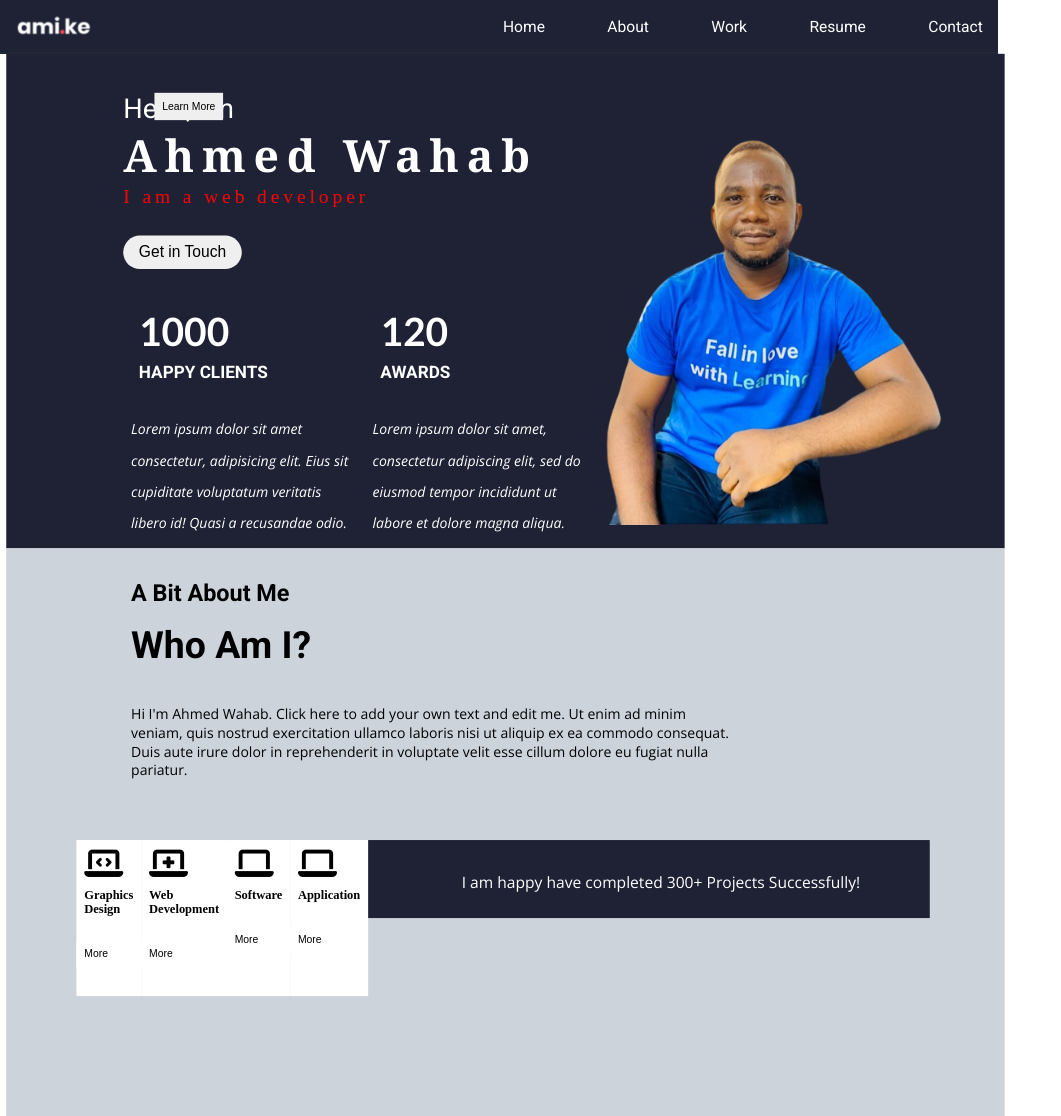
Repository: imokha01/HTML
Page: index.html
An editor plug-in stored every save of this project. The page is shown before and after the next save, followed by the edit.
The browser window is 1280 px wide. The page is 1360 px wide, so the pictures cover 1360 px, including what lies to the right of the window. The pictures show the whole page, at 78% of full size.

Above is the page before, as saved 2023-11-28 00:30:22.

After the next save:
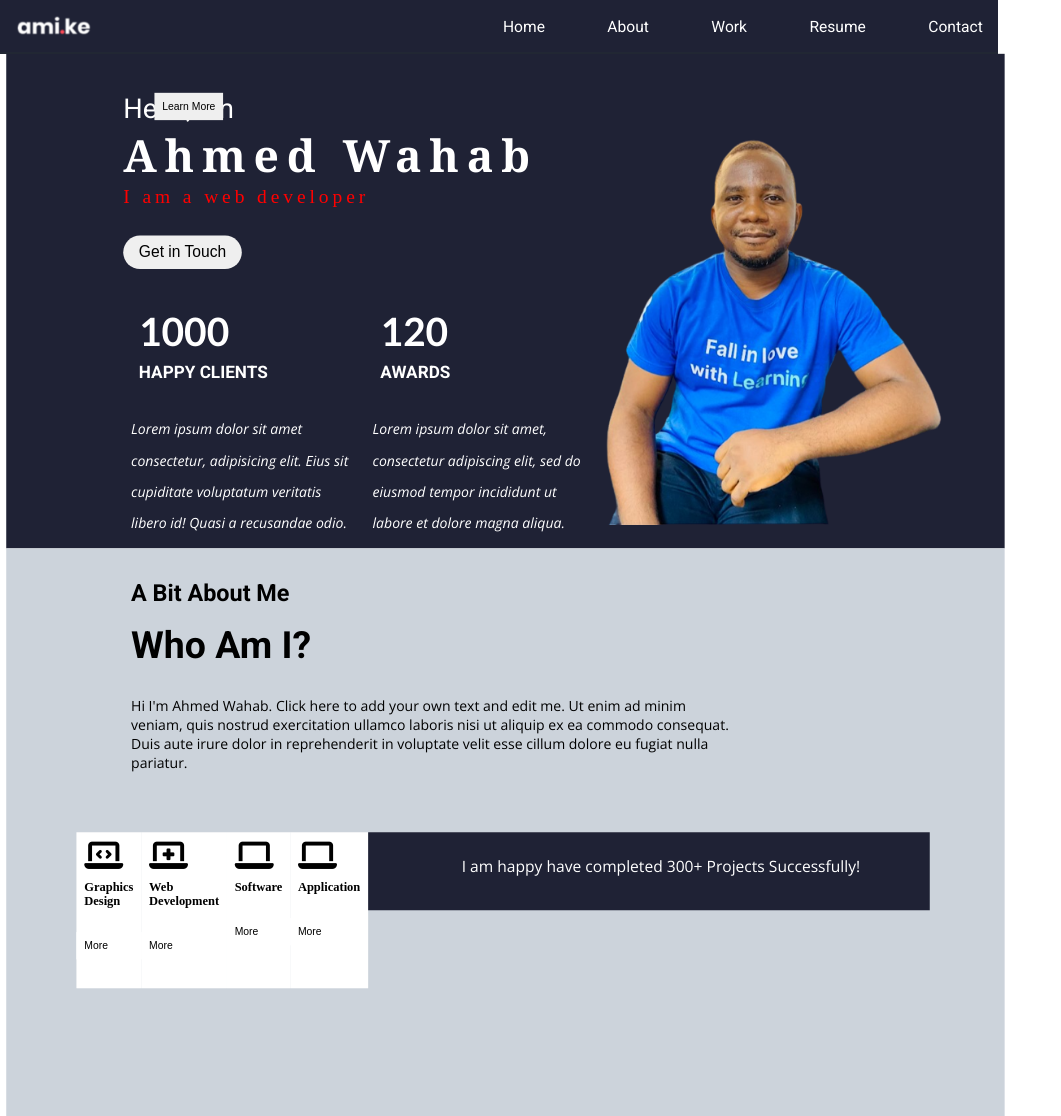
Saved 6 s later.
--- a/index.css
+++ b/index.css
@@ -230,7 +230,7 @@ padding: 40px;
 .about_page p {
   font-size: 18px;
   font-family: "Open Sans", sans-serif;
-  padding: 20px 0 10px 120px;
+  padding: 10px 0 10px 120px;
 
   width: 60vw;
   /* left: 20%;
